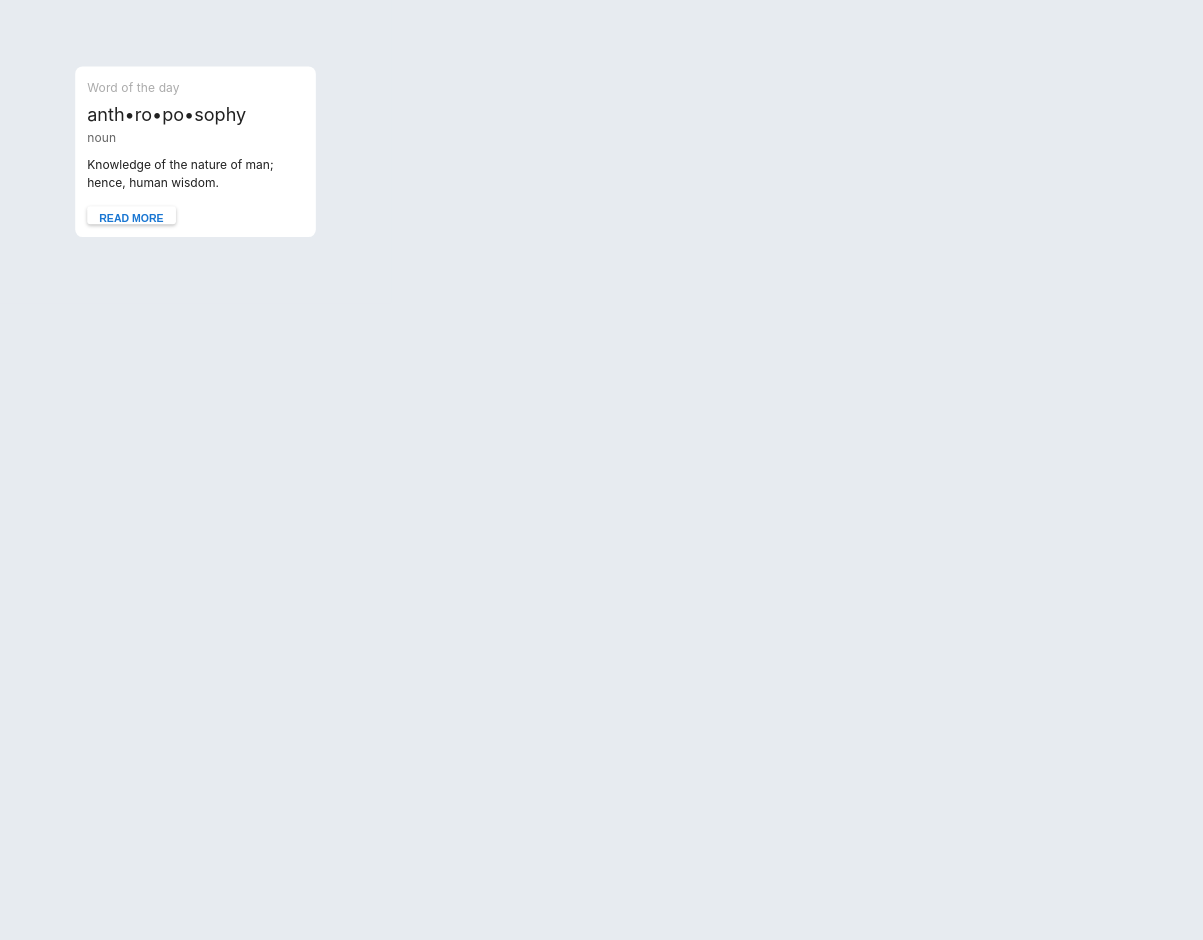
Repository: roistyx/react
Page: /components (app in layouts-app/)
These files come from the project's save history. The page is drawn as it stood at one moment and after the next save; the edit follows.
The browser window is 1280 px wide. The pictures show the whole page, at 94% of full size.
The project was rebuilt for these pictures with package versions that can differ from the ones it lists, and the page was loaded fresh each time. Also part of the build but not shown: layouts-app/src/layouts/Line.css, layouts-app/src/layouts/Line.js, layouts-app/src/elements/TextField.css, layouts-app/src/elements/TextField.js, layouts-app/src/layouts/Layouts.js.

Above is the page before, as saved 2023-05-03 14:18:37.

### layouts-app/src/index.js
import React from 'react';
import ReactDOM from 'react-dom/client';
import { BrowserRouter } from 'react-router-dom';

import './index.css';
import App from './App';
import reportWebVitals from './reportWebVitals';

const root = ReactDOM.createRoot(document.getElementById('root'));
root.render(
	<BrowserRouter>
		<App />
	</BrowserRouter>
);

// If you want to start measuring performance in your app, pass a function
// to log results (for example: reportWebVitals(console.log))
// or send to an analytics endpoint. Learn more: https://bit.ly/CRA-vitals
reportWebVitals();

### layouts-app/src/App.js
import { Route, Routes } from 'react-router-dom';

import Components from './components/Components';
import Layouts from './layouts/Layouts';

export default function App() {
	return (
		<div>
			<Routes>
				<Route path="/layouts" element={<Layouts />} />
				<Route path="/components" element={<Components />} />
			</Routes>
		</div>
	);
}

### layouts-app/src/components/Components.js
import React from 'react';
import { Grid } from '../layouts/Grid';
import { Box } from '../layouts/Box';
import BasicCard from '../components/Cards/BasicCard';
import './Components.css';

export default function Components() {
	console.log('Components');
	return (
		<div className="Components">
			<Grid childBbgColor="#E7EBF0" bgColor="#E7EBF0" gap="1rem">
				<BasicCard
					cardWidth="275px"
					bgColor="white"
					borderRadius="10px"
					gap="1rem"
					boxMargin="2rem"
				/>
			</Grid>
		</div>
	);
}

### layouts-app/src/layouts/Grid.js
import './Grid.css';

export const Grid = ({ bgColor, childBbgColor, gap, children }) => {
	console.log(bgColor, childBbgColor, gap, 'bgColor, gap');
	const style = {
		...(childBbgColor ? { '--childBbgColor': childBbgColor } : {}),
		...(bgColor ? { '--bgColor': bgColor } : {}),
		...(gap ? { '--gap': gap } : {}),
	};
	return (
		<div className="Grid" style={style}>
			{children}
		</div>
	);
};

### layouts-app/src/layouts/Box.js
import './Box.css';

export const Box = ({
	boxWidth,
	boxMargin,
	bgColor,
	borderRadius,
	gap,
	children,
}) => {
	const style = {
		...(boxWidth ? { '--boxWidth': boxWidth } : {}),
		...(boxMargin ? { '--boxMargin': boxMargin } : {}),
		...(bgColor ? { '--bgColor': bgColor } : {}),
		...(borderRadius ? { '--border-radius': borderRadius } : {}),
		...(gap ? { '--gap': gap } : {}),
	};

	return (
		<div className="Box" style={style}>
			{children}
		</div>
	);
};

### layouts-app/src/components/Cards/BasicCard.js
import React from 'react';
import { Box } from '../../layouts/Box';
import './BasicCard.css';
import Typography from '../../display/Typography';
import Button from '../../elements/Button';

const BasicCard = ({
	cardWidth,
	boxMargin,
	bgColor,
	borderRadius,
	gap,
	children,
}) => {
	const style = {
		...(cardWidth ? { '--cardWidth': cardWidth } : {}),
		...(boxMargin ? { '--boxMargin': boxMargin } : {}),
		...(bgColor ? { '--bgColor': bgColor } : {}),
		...(borderRadius ? { '--border-radius': borderRadius } : {}),
		...(gap ? { '--gap': gap } : {}),
	};

	return (
		<Box>
			<span className="BasicCard" style={style}>
				<Typography
					FontFamily="Roboto"
					fontSize="1rem"
					fontColor="#ABABAB"
					fontWeight="light"
					lineHeight="1.5"
					letterSpacing="0.00938em"
					marginBottom="0.35em"
				>
					Word of the day
				</Typography>
				<Typography
					FontFamily="Roboto"
					fontSize="1.5rem"
					fontColor="#212121"
					fontWeight="400"
					lineHeight="1.5"
					letterSpacing="0"
					marginBottom="0"
				>
					anth•ro•po•sophy
				</Typography>
				<Typography
					FontFamily="Roboto"
					fontSize="1rem"
					fontColor="#666666"
					fontWeight="400"
					lineHeight="1.5"
					letterSpacing="0.00938em"
					marginBottom="12px"
				>
					noun
				</Typography>
				<Typography
					FontFamily="Roboto"
					fontSize="1rem"
					fontColor="#212121"
					fontWeight="400"
					lineHeight="1.5"
					letterSpacing="0.0.01071em"
					marginBottom="20px"
				>
					Knowledge of the nature of man; hence, human wisdom.
				</Typography>
				<Button
					buttonPadding={'0.5rem 1rem 0'}
					fontSize={'0.875rem'}
					bgColor={'white'}
					fontColor={'#1976D2'}
					bgColorHover="#F6FAFE"
					textTransform="uppercase"
				>
					Read more
				</Button>
			</span>
		</Box>
	);
};

export default BasicCard;

### layouts-app/src/components/Components.css
.Components {
	/* background-color: var(--bgColor);
	border: 1px solid var(--border);
	padding: var(--gap);
	margin: var(--boxMargin);
	border-radius: var(--border-radius); */
}

### layouts-app/src/elements/Button.js
import './Button.css';

const Button = ({
	buttonPadding,
	fontSize,
	bgColor,
	fontColor,
	bgColorHover,
	textTransform,
	children,
}) => {
	const style = {
		...(buttonPadding ? { '--buttonPadding': buttonPadding } : {}),
		...(fontSize ? { '--fontSize': fontSize } : {}),
		...(bgColor ? { '--bgColor': bgColor } : {}),
		...(fontColor ? { '--fontColor': fontColor } : {}),
		...(bgColorHover ? { '--bgColorHover': bgColorHover } : {}),
		...(textTransform ? { '--textTransform': textTransform } : {}),
	};

	return (
		<button className="Button" style={style}>
			<span>{children}</span>{' '}
		</button>
	);
};

export default Button;

### layouts-app/src/layouts/Grid.css
.Grid {
	/* row-gap: var(--gap, 400px); */
	background-color: var(--bgColor);
	display: grid;
	height: 100%;
	grid-template-rows: 1fr 1fr 1fr;
	grid-template-columns: repeat(3, 1fr);
	/* grid-template-rows: 100px 100px 100px; */
	gap: var(--gap);
}

.Grid > * {
	color: black;
	background-color: var(--childBbgColor);

	font-size: 16px;
	display: flex;
	align-items: center;
	justify-content: center;
}

/* .Grid > :nth-child(1) {
	background-color: var(--bgColor);
	color: black;
} */

/* .Grid > :nth-child(2) {
}

.Grid > :nth-child(3) {
	background-color: #e1e1e1;
} */

### layouts-app/src/layouts/Box.css
.Box {
	background-color: var(--bgColor);
	border: 1px solid var(--border);
	padding: var(--gap);
	margin: var(--boxMargin);
	width: var(--boxWidth);
	border-radius: var(--border-radius);
}

### layouts-app/src/components/Cards/BasicCard.css
/* :root {
	--background: #fff;
	--border: #fff;
	--gap: 1rem;
	--margin: 0 0 0 0;
	--border-radius: 0.25rem;
} */

.BasicCard {
	display: 'inline-block';
	min-width: var(--cardWidth);
	transform: scale(0.8);

	background-color: var(--bgColor);
	border: 1px solid var(--border);
	padding: var(--gap);
	margin: var(--boxMargin);
	border-radius: var(--border-radius);
}

### layouts-app/src/display/Typography.js
import React from 'react';
import './Typography.css';

export default function Typography({
	FontFamily,
	fontSize,
	fontColor,
	fontWeight,
	lineHeight,
	letterSpacing,
	marginBottom,
	children,
}) {
	const style = {
		...(FontFamily ? { '--FontFamily': FontFamily } : {}),
		...(fontSize ? { '--fontSize': fontSize } : {}),
		...(fontColor ? { '--fontColor': fontColor } : {}),
		...(fontWeight ? { '--fontWeight': fontWeight } : {}),
		...(lineHeight ? { '--lineHeight': lineHeight } : {}),
		...(letterSpacing ? { '--letterSpacing': letterSpacing } : {}),
		...(marginBottom ? { '--marginBottom': marginBottom } : {}),
	};
	return (
		<div className="Typography" style={style}>
			{children}
		</div>
	);
}

### layouts-app/src/elements/Button.css
.Button {
	display: inline-block;
	padding: var(--buttonPadding);
	font-size: var(--fontSize);
	font-weight: 600;
	text-align: center;
	text-decoration: none;
	background-color: var(--bgColor);
	color: var(--fontColor);
	border-radius: 4px;
	border: none;
	cursor: pointer;
	box-shadow: 0px 2px 5px rgba(0, 0, 0, 0.25);
	transition: background-color 0.3s ease;
	text-transform: var(--textTransform);
}
.Button:hover {
	background-color: var(--bgColorHover);
}

### layouts-app/src/display/Typography.css
.Typography {
	font-family: var(--fontFamily);
	font-size: var(--fontSize);
	color: var(--fontColor);
	font-weight: var(--fontWeight);
	line-height: var(--lineHeight);
	letter-spacing: var(--letterSpacing);
	text-align: var(--textAlign);
	margin-bottom: var(--marginBottom);
}

Loaded but not shown: layouts-app/public/index.html (common file); layouts-app/src/index.css (common file); layouts-app/src/reportWebVitals.js (common file)

After the next save:
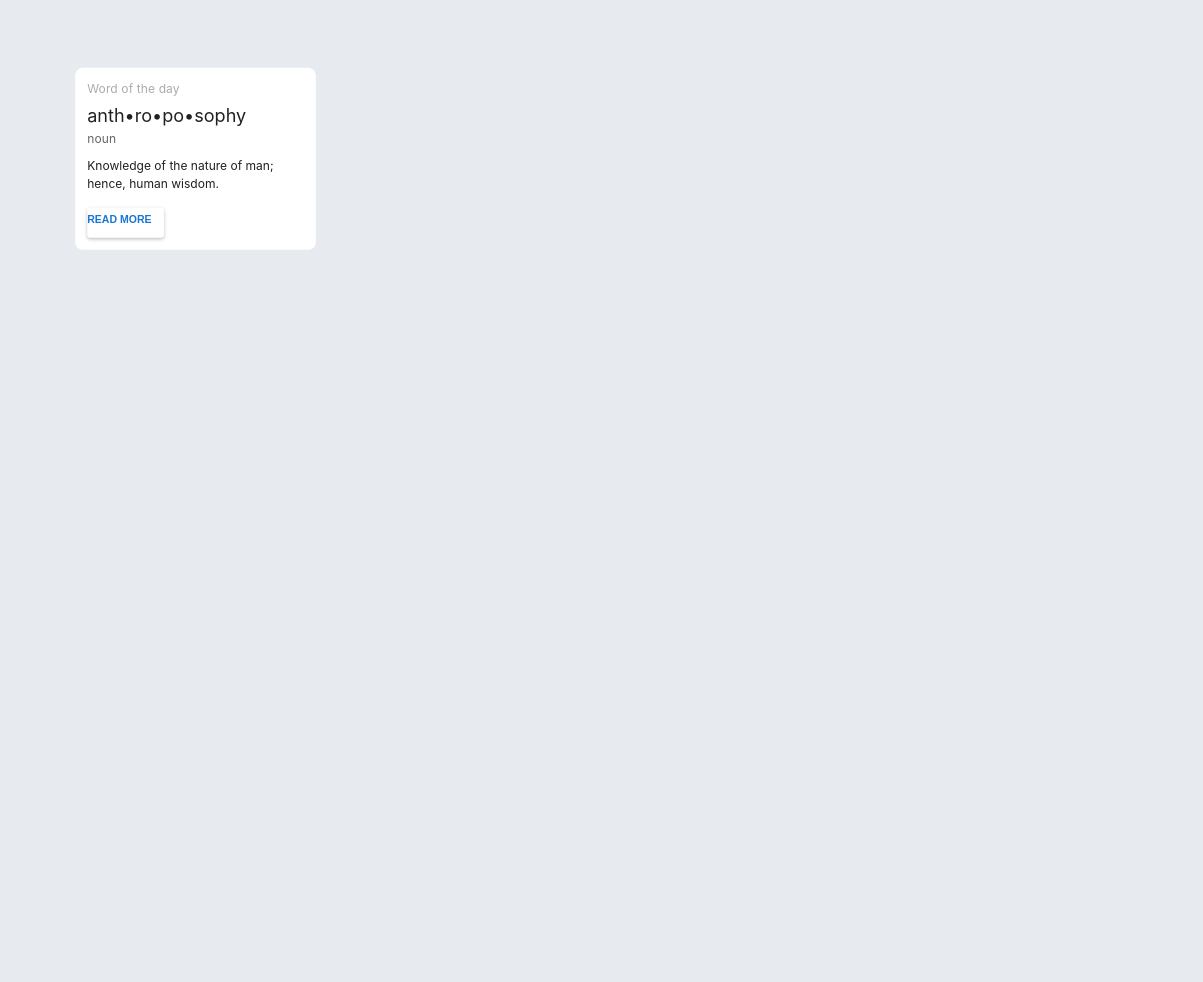
Saved 29 s later.
--- a/layouts-app/src/components/Cards/BasicCard.js
+++ b/layouts-app/src/components/Cards/BasicCard.js
@@ -68,7 +68,7 @@ const BasicCard = ({
 					Knowledge of the nature of man; hence, human wisdom.
 				</Typography>
 				<Button
-					buttonPadding={'0.5rem 1rem 0'}
+					buttonPadding={'0.5rem 1rem 1rem 0'}
 					fontSize={'0.875rem'}
 					bgColor={'white'}
 					fontColor={'#1976D2'}
